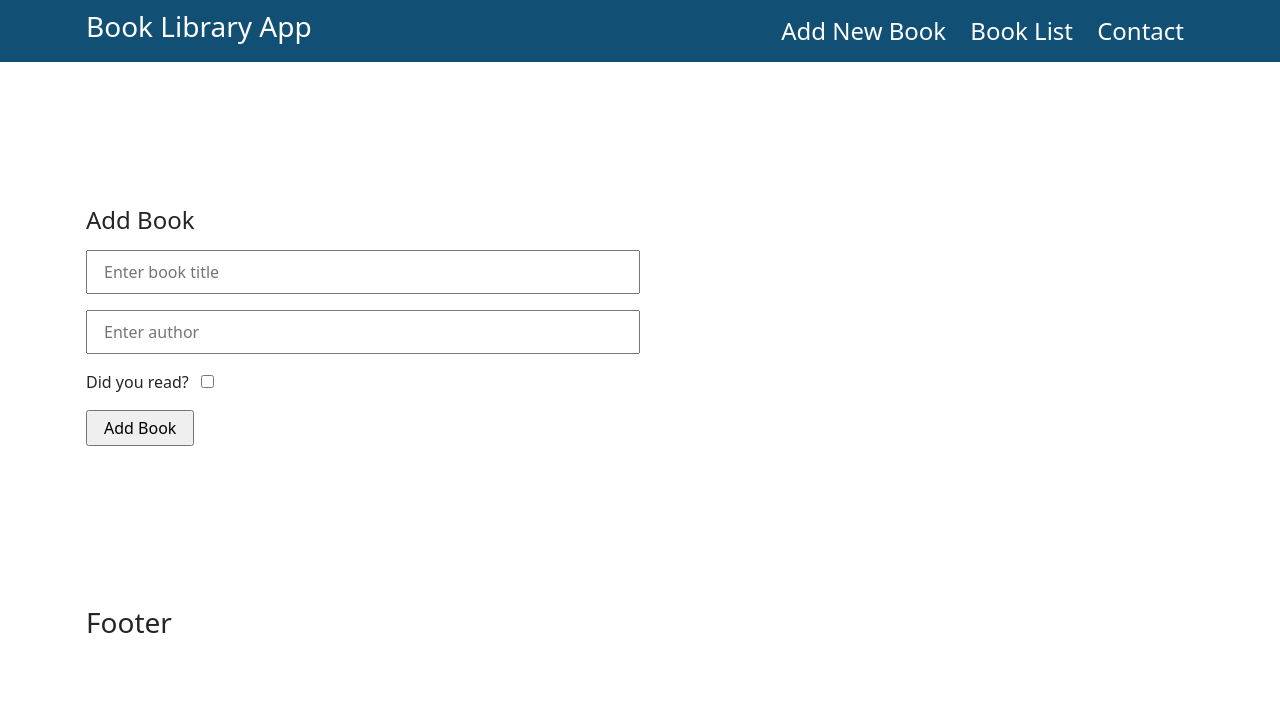
Repository: just-mann/booklibrary-app
Page: http://localhost/
These files come from the project's save history. The page is drawn as it stood at one moment and after the next save; the edit follows.
The browser window is 1280 px wide. The pictures show the whole page.
The page is served by the project's Node server (app.js).

Above is the page before, as saved 2021-06-06 03:36:57.

After the next save:
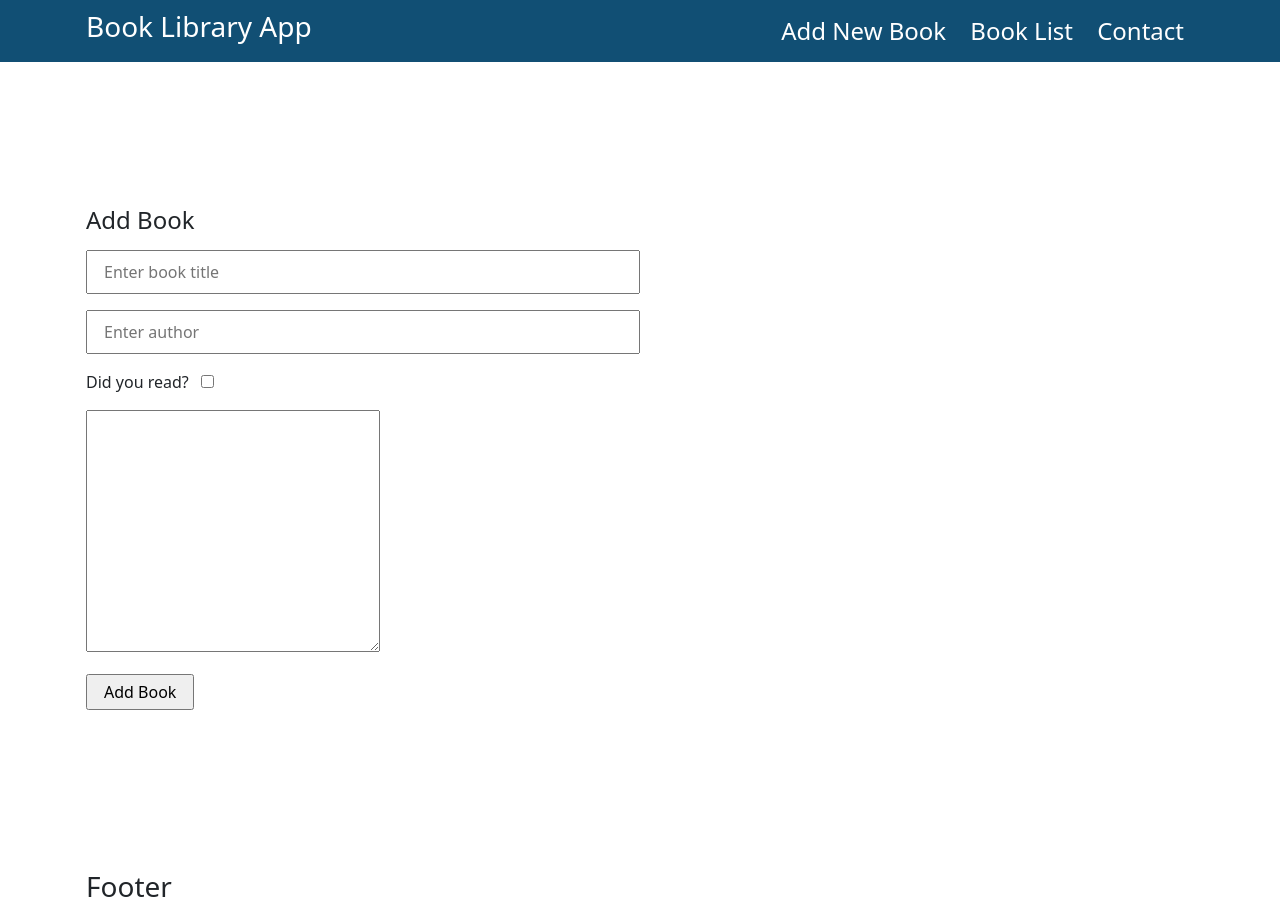
Saved 2 min 11 s later.
--- a/views/index.ejs
+++ b/views/index.ejs
@@ -18,6 +18,9 @@
                 <input class="px-3 py-2 isRead" type="checkbox" name="isRead" id="isRead">
               </div>
               <div class="my-3">
+                <textarea name="summary" id="summary" cols="30" rows="10"></textarea>
+              </div>
+              <div class="my-3">
                 <input class="px-3 py-1 submitBtn" type="submit" value="Add Book">
               </div>
           </form>
